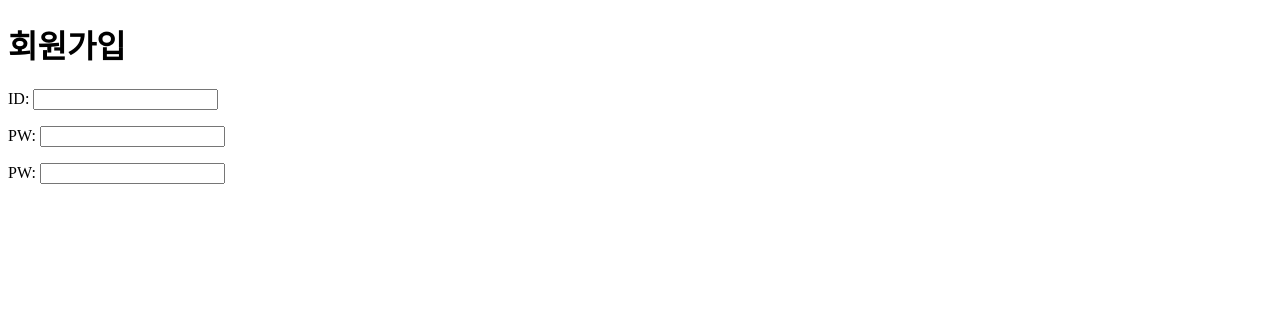
Repository: 753kg/753kg.github.io
Page: KOSTA/webProject/WebContent/day2/lib_signup.html
The author's editor kept a copy of each file at every save. The page is drawn from the files as they stood at one save, then again after the next save.
The browser window is 1280 px wide. The pictures show the whole page.

Above is the page before, as saved 2021-03-30 03:38:25.

### KOSTA/webProject/WebContent/day2/lib_signup.html
<!DOCTYPE html>
<html>
<head>
<meta charset="UTF-8">
<title>회원가입</title>
</head>
<body>
<header>
</header>

<main>
<h1>회원가입</h1>
<form action="">
  <p><label for="userid">ID:</label>
  <input type="text" id="userid" name="userid"></p>
  <p><label for="userpw">PW:</label>
  <input type="password" id="userpw" name="userpw"></p>
  <p><label for="username">PW:</label>
  <input type="text" id="username" name="username"></p>


</form>

</main>

</body>
</html>

After the next save:
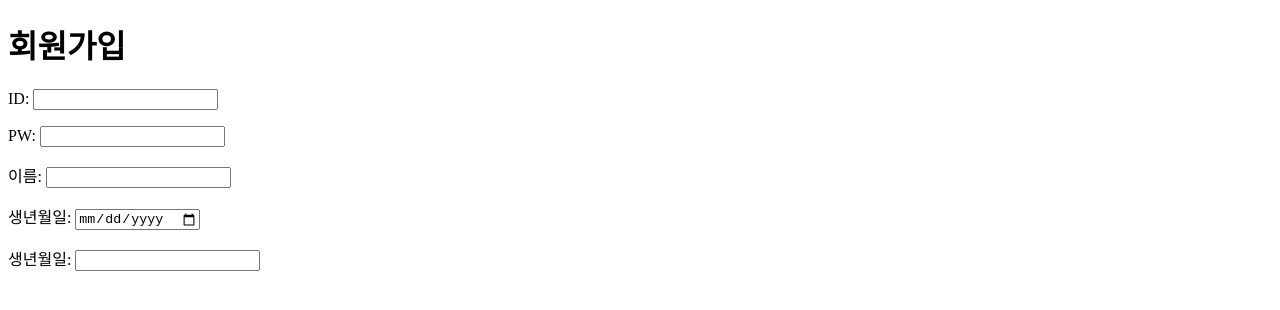
Saved 2 min 31 s later.
--- a/KOSTA/webProject/WebContent/day2/lib_signup.html
+++ b/KOSTA/webProject/WebContent/day2/lib_signup.html
@@ -10,13 +10,17 @@
 
 <main>
 <h1>회원가입</h1>
-<form action="">
+<form action="signup.jsp">
   <p><label for="userid">ID:</label>
   <input type="text" id="userid" name="userid"></p>
   <p><label for="userpw">PW:</label>
   <input type="password" id="userpw" name="userpw"></p>
-  <p><label for="username">PW:</label>
+  <p><label for="username">이름:</label>
   <input type="text" id="username" name="username"></p>
+  <p><label for="userbirth">생년월일:</label>
+  <input type="date" id="userbirth" name="userbirth"></p>
+  <p><label for="userbirth">생년월일:</label>
+  <input type="tel" id="usertel" name="usertel" pattern="[01]{3}-[0-9]{4}-[0-9]{4}"></p>
 
 
 </form>
